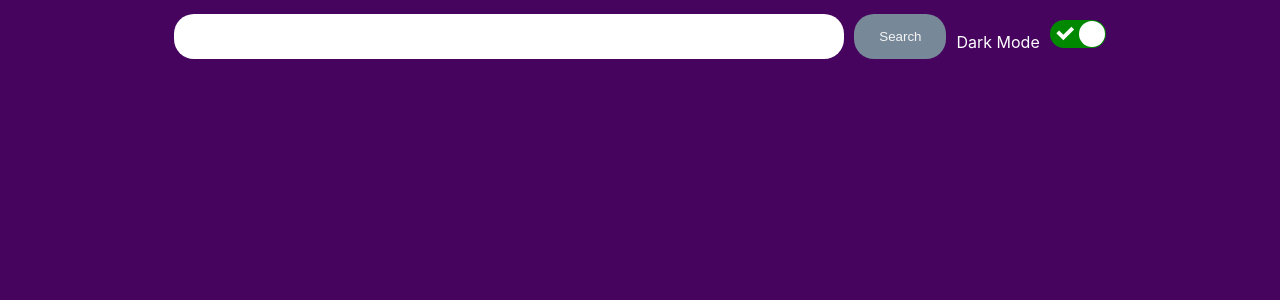
Repository: HunterX-21/Recipe-webApp
Page: /
An editor plug-in stored every save of this project. The page is shown before and after the next save, followed by the edit.
The browser window is 1280 px wide. The pictures show the whole page.
The page's requests for data from a server got no answer. The project was rebuilt for these pictures with package versions that can differ from the ones it lists, and the page was loaded fresh each time. No one was signed in, and anything a server would have sent is missing. Also part of the build but not shown: src/recipe.module.css, src/Recipes.js.

Above is the page before, as saved 2022-07-07 19:17:41.

### public/index.html
<!DOCTYPE html>
<html lang="en">
  <head>
    <meta charset="utf-8" />
    <link rel="icon" href="%PUBLIC_URL%/favicon.ico" />
    <meta name="viewport" content="width=device-width, initial-scale=1" />
    <meta name="theme-color" content="#000000" />
    <meta
      name="description"
      content="Web site created using create-react-app"
    />
    <link rel="apple-touch-icon" href="%PUBLIC_URL%/logo192.png" />
    <!--
      manifest.json provides metadata used when your web app is installed on a
      user's mobile device or desktop. See https://developers.google.com/web/fundamentals/web-app-manifest/
    -->
    <link rel="manifest" href="%PUBLIC_URL%/manifest.json" />
    <!--
      Notice the use of %PUBLIC_URL% in the tags above.
      It will be replaced with the URL of the `public` folder during the build.
      Only files inside the `public` folder can be referenced from the HTML.

      Unlike "/favicon.ico" or "favicon.ico", "%PUBLIC_URL%/favicon.ico" will
      work correctly both with client-side routing and a non-root public URL.
      Learn how to configure a non-root public URL by running `npm run build`.
    -->
    <title>Recify</title>
  </head>
  <body>
    <noscript>You need to enable JavaScript to run this app.</noscript>
    <div id="root"></div>
    <!--
      This HTML file is a template.
      If you open it directly in the browser, you will see an empty page.

      You can add webfonts, meta tags, or analytics to this file.
      The build step will place the bundled scripts into the <body> tag.

      To begin the development, run `npm start` or `yarn start`.
      To create a production bundle, use `npm run build` or `yarn build`.
    -->
  </body>
</html>

### src/App.js
import "./App.css";
import { createContext, useEffect, useState } from "react";
import Recipe from "./Recipes";
import React from "react";
import ReactSwitch from "react-switch";

export const ThemeContext = createContext(null);

const App = () => {
  const APP_ID = "6b1c144c";
  const APP_KEY = "458cc45743dd5428f00b4794732fbd3e";

  const [recipes, setRecipes] = useState([]);
  const [search, setSearch] = useState("");
  const [query, setquery] = useState("chicken");

  useEffect(() => {
    getRecipes();
  }, [query]);

  const getRecipes = async () => {
    const response = await fetch(
      `https://api.edamam.com/search?q=${query}&app_id=${APP_ID}&app_key=${APP_KEY}`
    );
    const data = await response.json();
    setRecipes(data.hits);
    console.log(data.hits);
  };

  const updateSearch = (e) => {
    setSearch(e.target.value);
    console.log(search);
  };

  const getSearch = (e) => {
    e.preventDefault();
    setquery(search);
    setSearch("");
  };

  const [theme, setTheme] = useState("dark");

  const toggleTheme = () => {
    setTheme((curr) => (curr === "light" ? "dark" : "light"));
  };
  return (
    <ThemeContext.Provider value={{ theme, toggleTheme }}>
      <div className="body" id={theme}>
        <header></header>

        <form onSubmit={getSearch} className="search-form">
          <input
            className="search-bar"
            type="text"
            value={search}
            onChange={updateSearch}
          />
          <button className="search-button" type="submit">
            Search
          </button>
          <div className="switch">
            <label>{theme === "light" ? "Light Mode" : "Dark Mode"}</label>
            <ReactSwitch onChange={toggleTheme} checked={theme === "dark"} />
          </div>
        </form>
        <div className="recipes">
          {recipes.map((recipe) => (
            <Recipe
              key={recipe.recipe.label}
              title={recipe.recipe.label}
              calories={recipe.recipe.calories}
              image={recipe.recipe.image}
              ingredients={recipe.recipe.ingredients}
            />
          ))}
        </div>
      </div>
    </ThemeContext.Provider>
  );
};

export default App;

### src/App.css
.body {
  min-height: 100vh;
  color: #1a202c;
  transition: color 0.2s ease-in;
}
#light {
  background-color: #f3ebf6;
}

#dark {
  background-color: #46045e;
}

#light .main {
  background-color: #fff;
}

#dark .main {
  background-color: #38004c;
}

switch {
  display: flex;
  width: 100vw;
  height: 100px;
  justify-content: center;
  align-items: center;
}

.switch label {
  margin: 10px;
}

#light .switch label {
  color: black;
}

#dark .switch label {
  color: white;
}

.search-form {
  min-height: 10vh;
  display: flex;
  justify-content: center;
  align-items: center;
}
.search-bar {
  width: 50%;
  border: none;
  padding: 15px;
  border-radius: 20px;
}
.search-button {
  background: lightslategrey;
  border: none;
  padding: 15px 25px;
  color: whitesmoke;
  border-radius: 20px;
  margin-left: 10px;
}
.recipes {
  display: flex;
  justify-content: space-around;
  flex-wrap: wrap;
}
header {
  position: absolute;
}

Loaded but not shown: src/index.js (common file); src/index.css (common file); src/reportWebVitals.js (common file)

After the next save:
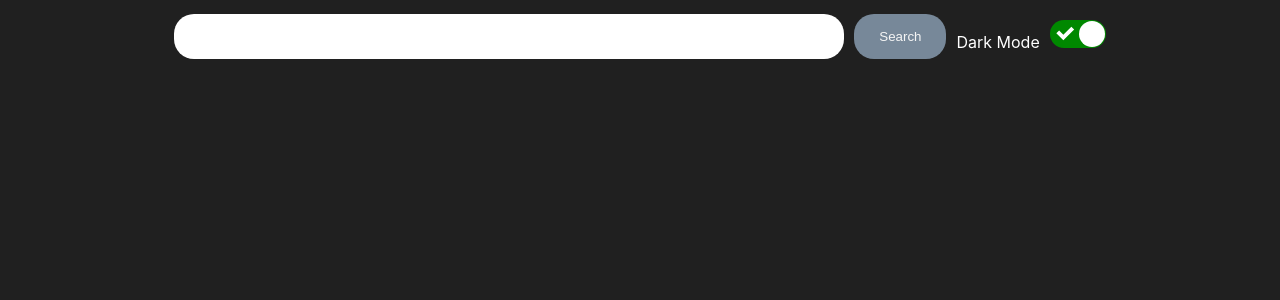
Saved 80 s later.
--- a/src/App.css
+++ b/src/App.css
@@ -8,7 +8,7 @@
 }
 
 #dark {
-  background-color: #46045e;
+  background-color: #202020;
 }
 
 #light .main {
@@ -16,7 +16,7 @@
 }
 
 #dark .main {
-  background-color: #38004c;
+  background-color: #202020;
 }
 
 switch {
